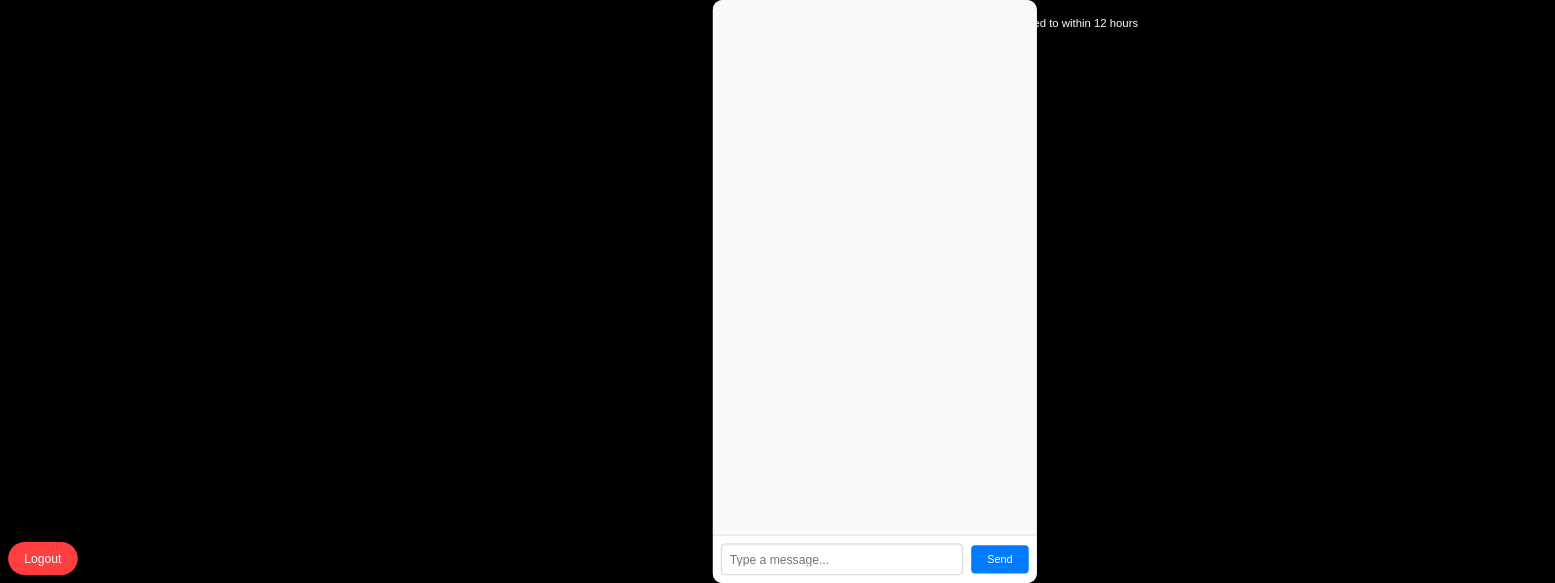
Repository: mdmisri/needy-talk
Page: /home (app in frontend/talk-d1/), after clicking the first element matching `div.card`
The author's editor kept a copy of each file at every save. The page is drawn from the files as they stood at one save, then again after the next save.
The browser window is 1280 px wide. The page is 1920 px wide, then 1280 px, so the pictures cover 1920 px, including what lies to the right of the window. The pictures show the whole page, at 81% of full size.
The page's requests for data from a server got no answer. The project was rebuilt for these pictures with package versions that can differ from the ones it lists, and the page was loaded fresh each time. No one was signed in, and anything a server would have sent is missing. Also part of the build but not shown: frontend/talk-d1/src/components/Login/Login.js, frontend/talk-d1/src/components/Register/Register.js, frontend/talk-d1/src/components/Chat/styles/Message.css, frontend/talk-d1/src/components/Chat/Message.js, frontend/talk-d1/src/components/Chat/AdminChatBox.js.

Above is the page before, as saved 2024-07-31 08:54:39.

After the next save:
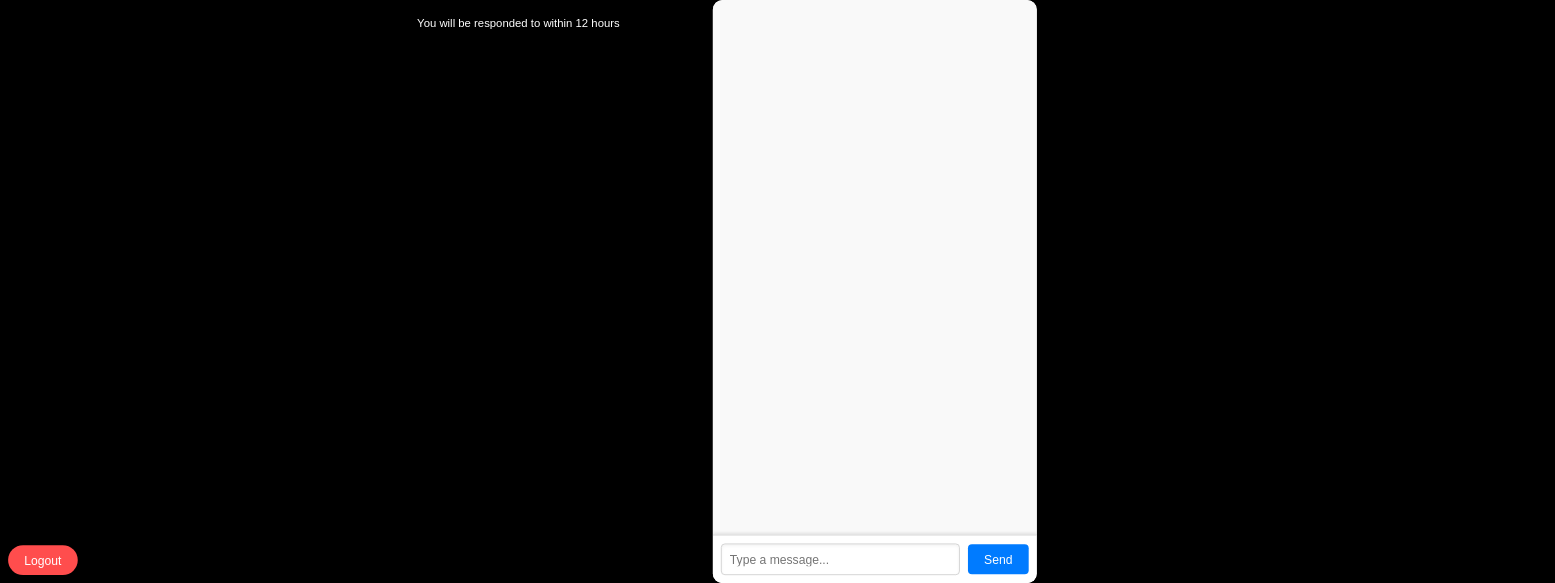
Saved 11 s later.
--- a/frontend/talk-d1/src/components/Chat/styles/ChatBox.css
+++ b/frontend/talk-d1/src/components/Chat/styles/ChatBox.css
@@ -1,4 +1,3 @@
-/* General styles for chatbox and messages */
 .chatbox {
     display: flex;
     flex-direction: column;
@@ -47,7 +46,7 @@
     color: #333;
 }
 
-.input-container {
+.input-area {
     display: flex;
     padding: 10px;
     border-top: 1px solid #e0e0e0;
@@ -72,7 +71,7 @@ input:focus {
     box-shadow: 0 0 5px rgba(0, 123, 255, 0.5);
 }
 
-/* button {
+button {
     padding: 12px 20px;
     border: none;
     border-radius: 25px;
@@ -81,41 +80,38 @@ input:focus {
     font-size: 15px;
     cursor: pointer;
     transition: background-color 0.3s;
-} */
+}
 
-/* button:hover {
+button:hover {
     background-color: #0056b3;
-} */
+}
 
-/* Notification text styling */
 .notification-text {
     position: absolute;
-    top: 10px; /* Position at the top */
-    width: 100%; /* Full width */
-    text-align: center; /* Center text */
-    color: white; /* White color */
-    background-color: rgba(0, 0, 0, 0.7); /* Semi-transparent background */
-    padding: 10px; /* Padding for readability */
-    border-radius: 12px;
+    top: 10px;
+    left: 50%;
+    transform: translateX(-50%);
+    background-color: #000;
+    color: #fff;
+    padding: 10px 20px;
+    border-radius: 10px;
     font-size: 14px;
-    box-sizing: border-box; /* Ensure padding and border are included in the element's total width and height */
 }
 
-/* Logout button styling */
 .logout-button {
-    position: fixed; /* Fixed position */
-    bottom: 10px; /* Bottom left corner */
+    position: absolute;
+    bottom: 10px;
     left: 10px;
-    padding: 12px 20px;
-    background-color: #ff3e3e; /* Red color */
-    color: #ffffff; /* White text */
+    background-color: #ff4d4d;
+    color: white;
     border: none;
+    padding: 10px 20px;
     border-radius: 25px;
+    font-size: 15px;
     cursor: pointer;
-    font-size: 15px;
     transition: background-color 0.3s;
 }
 
 .logout-button:hover {
-    background-color: #d32f2f; /* Darker red on hover */
+    background-color: #ff1a1a;
 }
